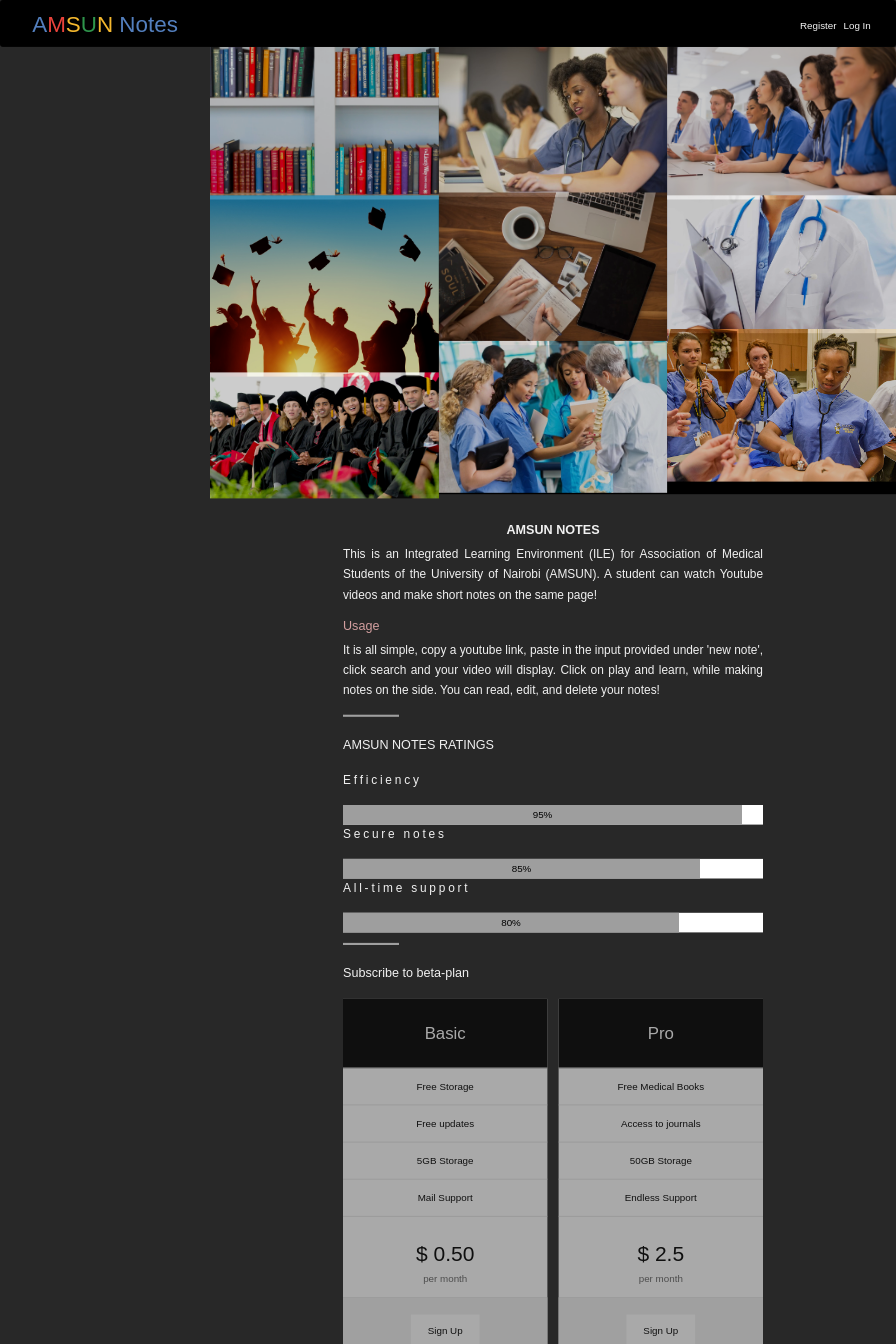
Repository: MakiniMakini/AMSUN-NOTES
Page: http://localhost/about
An editor plug-in stored every save of this project. The page is shown before and after the next save, followed by the edit.
The browser window is 1280 px wide. The pictures show the part of the page from y = 0 to 1920 px (the page is 2977 px tall before and 2997 px after), at 70% of full size.
Some web fonts or font styles are not loaded; a fallback is used. The page is served by the project's application, run on Flask 3 (application.py).

Above is the page before, as saved 2020-12-27 19:06:54.

After the next save:
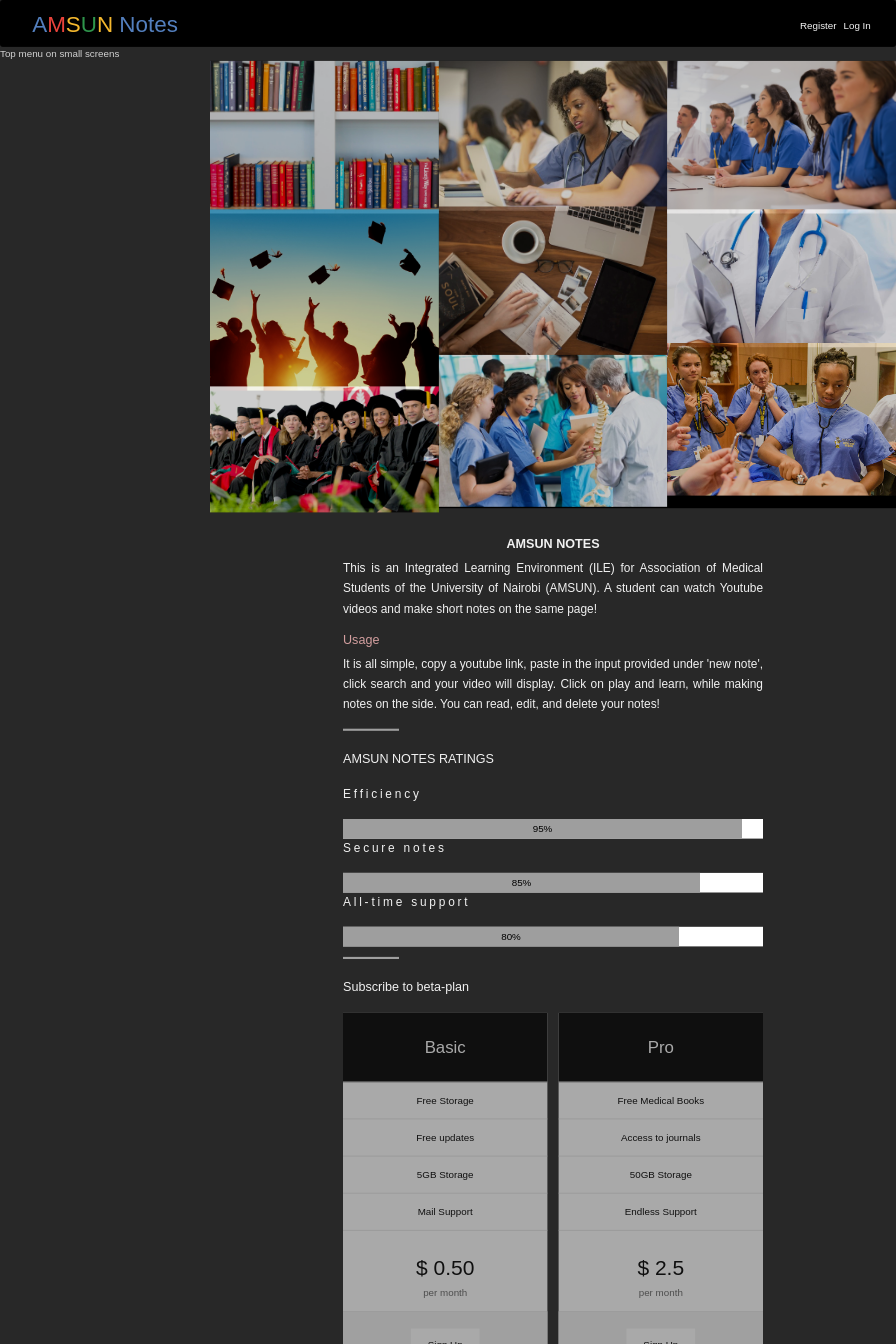
Saved 40 s later.
--- a/templates/about.html
+++ b/templates/about.html
@@ -17,7 +17,7 @@
   <a href="/login" onclick="w3_close()" class="w3-bar-item w3-button">Get Started</a>
 </nav>
 
-<!-- Top menu on small screens -->
+Top menu on small screens
 <header class="w3-container w3-top w3-hide-large w3-white w3-xlarge w3-padding-16 bg-none">
   <span class="w3-left w3-padding">SOME NAME</span>
   <a href="javascript:void(0)" class="w3-right w3-button w3-white" onclick="w3_open()">☰</a>

After the save that followed:
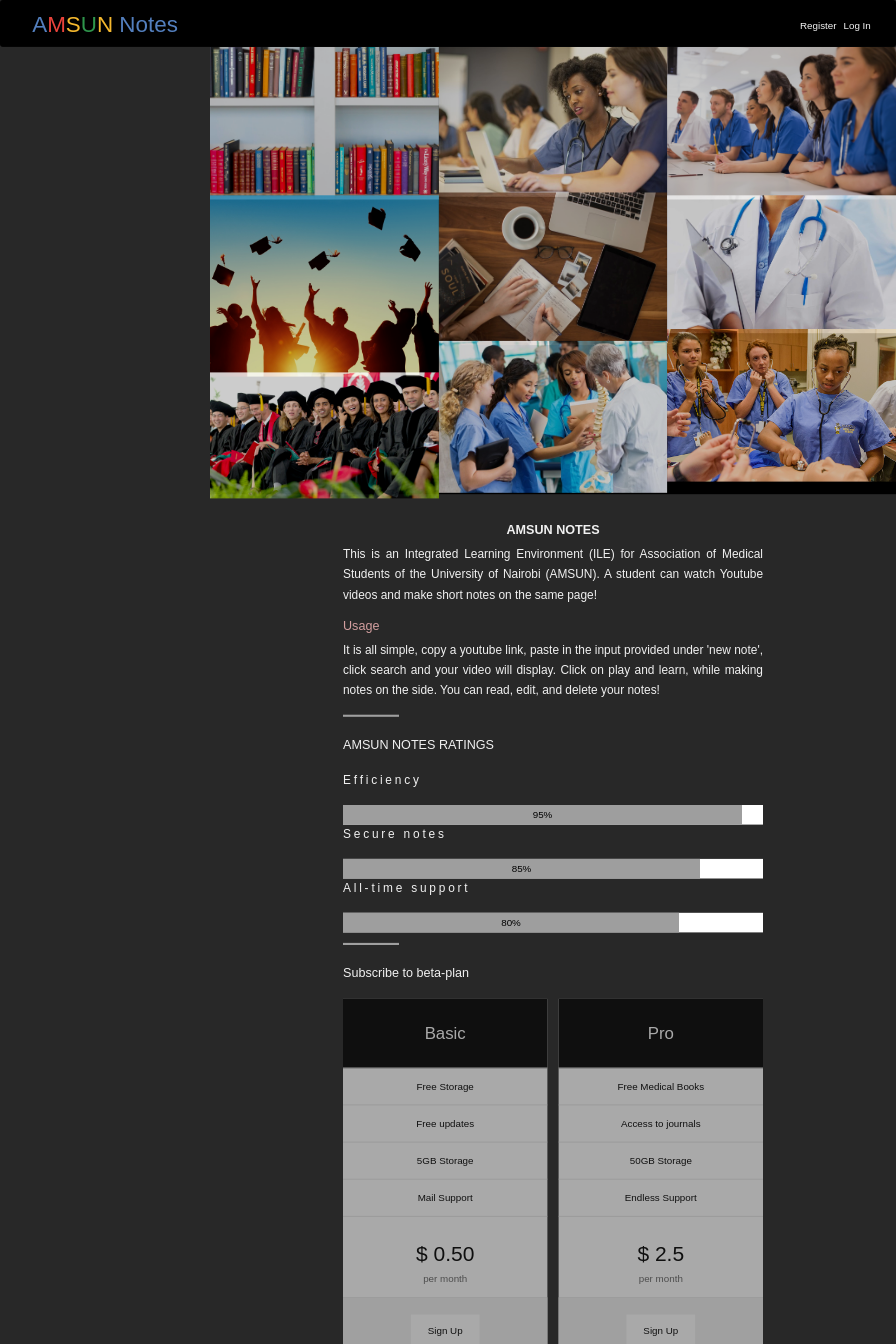
Saved 14 s later.
--- a/templates/about.html
+++ b/templates/about.html
@@ -17,11 +17,11 @@
   <a href="/login" onclick="w3_close()" class="w3-bar-item w3-button">Get Started</a>
 </nav>
 
-Top menu on small screens
+<!-- Top menu on small screens
 <header class="w3-container w3-top w3-hide-large w3-white w3-xlarge w3-padding-16 bg-none">
   <span class="w3-left w3-padding">SOME NAME</span>
   <a href="javascript:void(0)" class="w3-right w3-button w3-white" onclick="w3_open()">☰</a>
-</header>
+</header> -->
 
 <!-- Overlay effect when opening sidebar on small screens -->
 <div class="w3-overlay w3-hide-large w3-animate-opacity" onclick="w3_close()" style="cursor:pointer" title="close side menu" id="myOverlay"></div>
